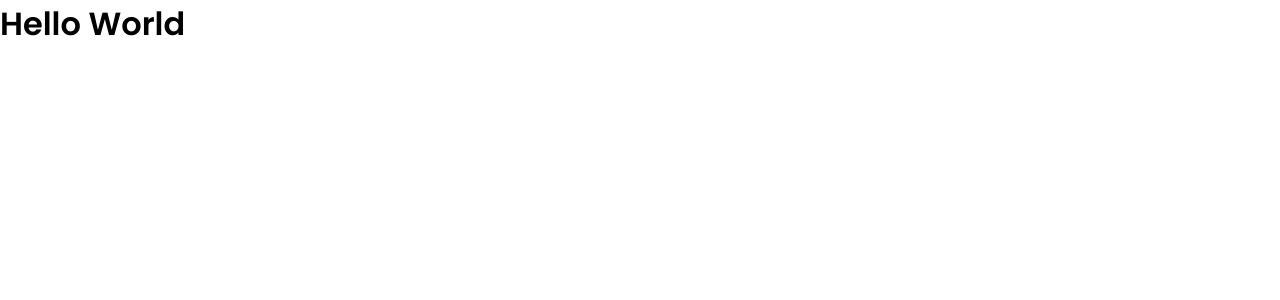
Repository: lucaslopesdevv/dtmoney
Page: /
The author's editor kept a copy of each file at every save. The page is drawn from the files as they stood at one save, then again after the next save.
The browser window is 1280 px wide. The pictures show the whole page.
The project was rebuilt for these pictures with package versions that can differ from the ones it lists, and the page was loaded fresh each time.

Above is the page before, as saved 2021-12-06 20:12:04.

After the next save:
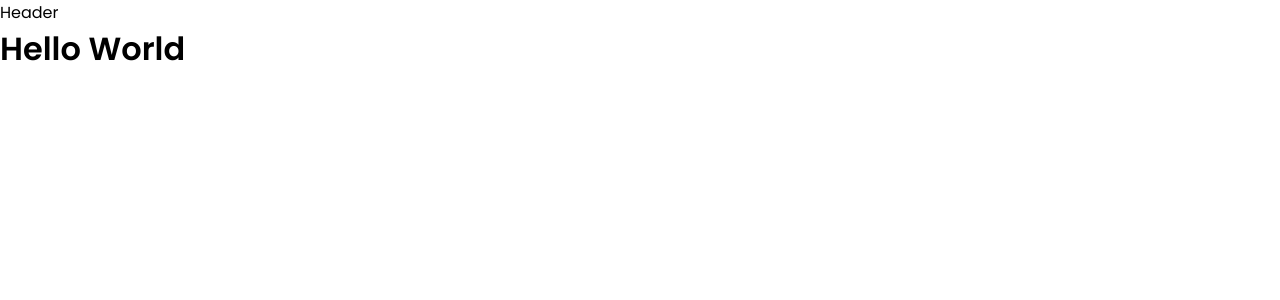
Saved 26 s later.
--- a/src/App.tsx
+++ b/src/App.tsx
@@ -1,8 +1,10 @@
+import { Header } from "./assets/components";
 import { GlobalStyle } from "./styles/global";
 
 export function App() {
   return (
     <div className="App">
+      <Header/>
       <h1>Hello World</h1>
       <GlobalStyle />
     </div>
